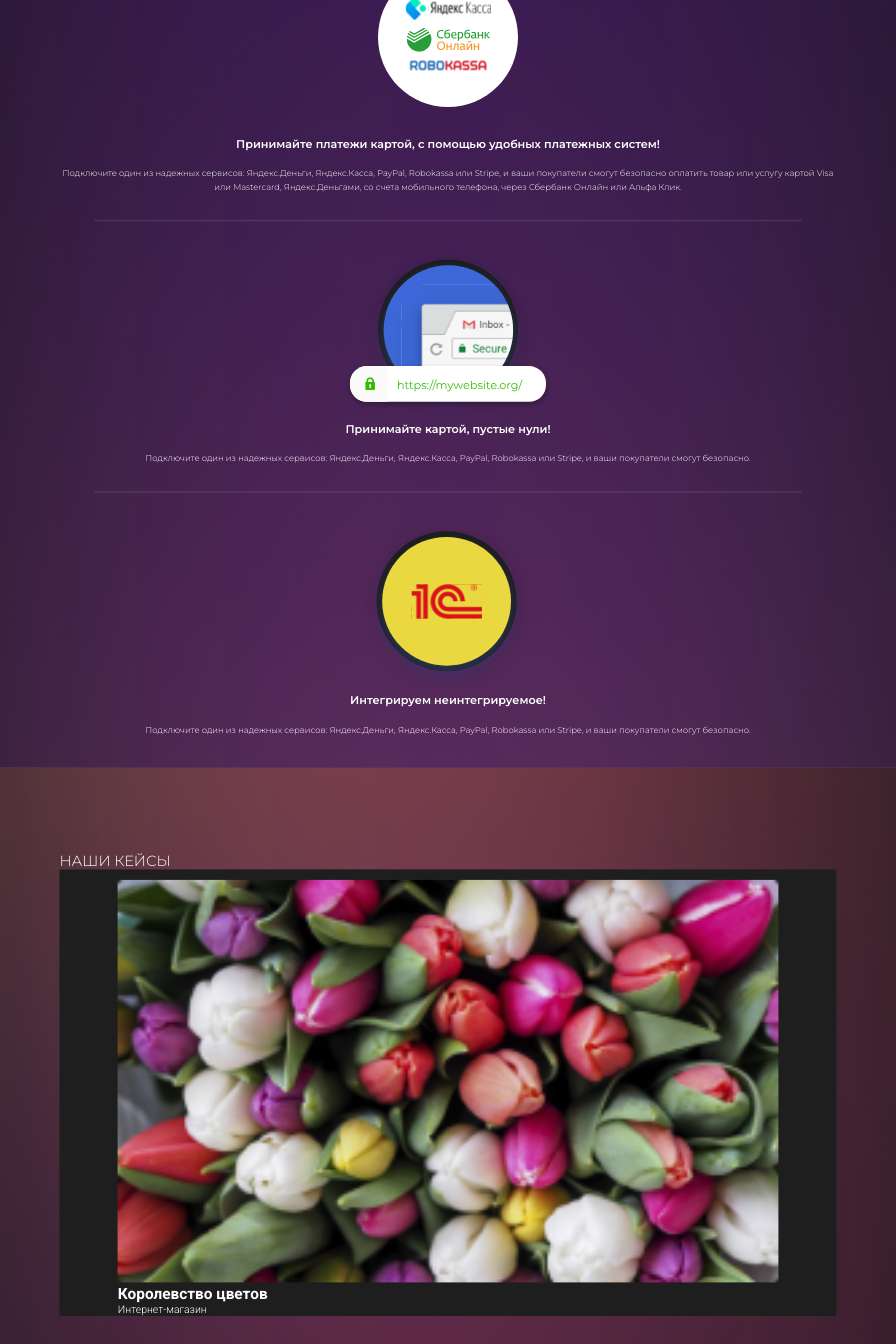
Repository: Gabi0605/my-tests
Page: web_alternative/index.html
The author's editor kept a copy of each file at every save. The page is drawn from the files as they stood at one save, then again after the next save.
The browser window is 1280 px wide. The pictures show the part of the page from y = 1760 to 3680 px (the page is 3680 px tall before and 3677 px after), at 70% of full size.
The style sheet was rebuilt from its Sass, Less or Tailwind sources for each picture, by a compiler version that may differ from the author's.

Above is the page before, as saved 2020-01-19 21:35:20.

### web_alternative/index.html
<!DOCTYPE html>
<html lang="ru">
<head>
    <meta charset="UTF-8">
    <meta name="viewport" content="width=device-width, initial-scale=1.0">
    <meta http-equiv="X-UA-Compatible" content="ie=edge">
    <title>WEB ALTERNATIVE</title>
    <link href="https://fonts.googleapis.com/css?family=Montserrat:300,400,600|Roboto:300,700&display=swap" rel="stylesheet">
    <link rel="stylesheet" href="css/bootstrap-grid.min.css">
    <link rel="stylesheet" href="css/style.css">
</head>
<body>
    <header>
        <div class="container">
            <div class="row">
                <div class="col-4">
                    <div class="logo">
                        <img src="img/svg/logo.svg" alt="">
                    </div>
                </div>
                <div class="col-2 offset-5">
                    <div class="burger">
                        <div class="rect"></div>
                        <div class="rect"></div>
                        <div class="rect"></div>
                    </div>
                </div>
            </div>
        </div>
    </header>
    <div class="call">
        <div class="container">
            <div class="e-commerce">
                <img src="img/svg/shopping-cart.svg" alt=""> E-commerce
            </div>
            <h2>
                Интернет-магазин принесет вам максимум прибыли!
            </h2>
            <div class="row">
                <div class="col-8 offset-2">
                    <img src="img/phone.png" alt="">
                </div>
            </div>
            <button>
                Заказать звонок
            </button>
            <p>Ответим на любой вопрос</p>
        </div>
    </div>
    <div class="work">
        <div class="container">
            <div class="row">
                <div class="col-10 offset-1">
                    <h2>Как мы работаем над вашим проектом</h2>
                </div>
            </div>
            <div class="items">
                <div class="item item-active">
                    <div class="row">
                        <div class="col-2 item__number">01</div>
                        <div class="col-8 item__p">
                            <p>Анализ целевой аудитории</p>
                        </div>
                        <div class="col-2 item__btn">
                            <button><img src="img/arrow-down.png" alt=""></button>
                        </div>
                    </div>
                </div>
                <div class="item">
                    <div class="row">
                        <div class="col-2 item__number">02</div>
                        <div class="col-8 item__p">
                            <p>Подготовка ТЗ</p>
                        </div>
                        <div class="col-2 item__btn">
                            <button><img src="img/arrow-down.png" alt=""></button>
                        </div>
                    </div>
                </div>
                <div class="item">
                    <div class="row">
                        <div class="col-2 item__number">03</div>
                        <div class="col-8 item__p">
                            <p>Подписание договора и оплата</p>
                        </div>
                        <div class="col-2 item__btn">
                            <button><img src="img/arrow-down.png" alt=""></button>
                        </div>
                    </div>
                </div>
                <div class="item">
                    <div class="row">
                        <div class="col-2 item__number">04</div>
                        <div class="col-8 item__p">
                            <p>Разработка сайта интернет-магазина</p>
                        </div>
                        <div class="col-2 item__btn">
                            <button><img src="img/arrow-down.png" alt=""></button>
                        </div>
                    </div>
                </div>
                <div class="item">
                    <div class="row">
                        <div class="col-2 item__number">05</div>
                        <div class="col-8 item__p">
                            <p>Настройка и наполнение интернет-магазина</p>
                        </div>
                        <div class="col-2 item__btn">
                            <button><img src="img/arrow-down.png" alt=""></button>
                        </div>
                    </div>
                </div>
                <div class="item">
                    <div class="row">
                        <div class="col-2 item__number">06</div>
                        <div class="col-8 item__p">
                            <p>Привлечение покупателей</p>
                        </div>
                        <div class="col-2 item__btn">
                            <button><img src="img/arrow-down.png" alt=""></button>
                        </div>
                    </div>
                </div>
            </div>
        </div>
    </div>
    <div class="pay">
        <div class="container">
            <div class="row">
                <div class="col-12">
                    <div class="pay__circle pay__circle">
                        <img src="img/svg/yandex.svg" alt="">
                        <img src="img/svg/sber.svg" alt="">
                        <img src="img/svg/robokassa.svg" alt="">
                    </div>
                </div>
                <div class="col-12">
                    <h2>Принимайте платежи картой,
                        с помощью удобных
                        платежных систем!</h2>
                    <p class="line">Подключите один из надежных сервисов: Яндекс.Деньги, Яндекс.Касса, PayPal, Robokassa или Stripe, и ваши покупатели смогут безопасно оплатить товар или услугу картой Visa или Mastercard, Яндекс.Деньгами, со счета мобильного телефона, через Сбербанк Онлайн или Альфа Клик.</p>
                </div>
                <div class="col-12">
                    <div class="pay__img">
                        <img src="img/svg/website.svg" alt="" class="hun">
                    </div>
                    <h2>Принимайте картой, пустые нули!</h2>
                    <p class="line">Подключите один из надежных сервисов: Яндекс.Деньги, Яндекс.Касса, PayPal, Robokassa или Stripe, и ваши покупатели смогут безопасно.</p>
                </div>
                <div class="col-12">
                    <div class="pay__img">
                        <img src="img/svg/1c.svg" alt="" class="hun">
                    </div>
                    <h2>Интегрируем неинтегрируемое!</h2>
                    <p>Подключите один из надежных сервисов: Яндекс.Деньги, Яндекс.Касса, PayPal, Robokassa или Stripe, и ваши покупатели смогут безопасно.</p>
                </div>
            </div>
        </div>
    </div>
    <div class="cases">
        <div class="container">
            <div class="row">
                <div class="col-12">
                    <h2>Наши кейсы</h2>
                    <div class="case">
                        <div class="case__img">
                            <img src="img/flower.png" alt="">
                            <h3>Королевство цветов</h3>
                            <p>Интернет-магазин</p>
                        </div>
                    </div>
                </div>
            </div>
        </div>
    </div>
</body>
</html>

### web_alternative/less/style.less
*{
    margin: 0;
    padding: 0;
    box-sizing: border-box;
}
.montserrat{
    font-family: 'Montserrat', sans-serif;
}
.roboto{
    font-family: 'Roboto', sans-serif;
}
p{
    .montserrat;
    font-size: 12px;
    line-height: 15px;
}
@background: #171718;
@gray: #202020;
@burger: #292929;
@orange: #FF834E;
@darkorange: #DE774B;
body{
    .montserrat
}
img{
    max-width: 100%;
}
button{
    background: none;
    border: none;
    cursor: pointer;
    &:focus{
        outline: none;
    }
}

header{
    background: @gray;
    padding: 13px 0;
    .burger{
        background: @burger;
        border-radius: 50%;
        box-shadow: 0 0 10px rgba(0, 0, 0, 0.5);
        min-width: 35px;
        min-height: 35px;
        display: flex;
        flex-direction: column;
        justify-content: center;
        align-items: center;
        .rect{
            min-width: 17px;
            max-width: 50%;
            height: 1px;
            background: #fff;
            margin-bottom: 2px;
        }
    }
}
.call{
    background: @background;
    background-image: url(../img/mobile-background-block-one.png);
    background-size: cover;
    padding: 29px 0 15px;
    .e-commerce{
        color: @orange;
        font-weight: 600;
        font-size: 12px;
        line-height: 15px;
    }
    h2{
        color: #fff;
        font-weight: 600;
        font-size: 21px;
        line-height: 28px;
        padding: 10px 0 24px;
    }
    button{
        background: @orange;
        color: #fff;
        font-weight: 400;
        font-size: 16px;
        line-height: 20px;
        padding: 15px;
        border: none;
        width: 100%;
        text-align: left;
        position: relative;
        &::after{
            content: "";
            position: absolute;
            top: 0;
            bottom: 0;
            right: 0;
            width: 50px;
            background: @darkorange;
            background-image: url(../img/svg/Union.svg);
            background-repeat: no-repeat;
            background-position: center;
        }
    }
    p{
        font-weight: 300;
        font-size: 12px;
        line-height: 15px;
        color: #fff;
        text-align: center;
        padding-top: 10px;
    }
}
.work{
    padding: 40px 0 30px;
    h2{
        font-size: 14px;
        line-height: 17px;
        font-weight: 300;
        text-transform: uppercase;
        text-align: center;
        padding-bottom: 30px;
    }
    .items{
        position: relative;
        &::before{
            content: '';
            background: url(../img/svg/Vector.svg);
            position: absolute;
            top: 21px;
            bottom: 15px;
            left: -12px;
            width: 6px;
        }
    }
    .item{
        border-bottom: 1px solid rgba(0, 0, 0, 0.1);
        padding: 14px 0;
        &:last-child{
            border-bottom: none;
        }
        &__number{
            font-size: 32px;
            line-height: 39px;
            font-weight: 600;
        }
        &__p{
            text-transform: uppercase;
            font-size: 12px;
            line-height: 15px;
            font-weight: 600;
            display: flex;
            align-items: center;
        }
        &__btn{
            text-align: right;
            display: flex;
            align-items: center;
        }
        &-active{
            .item__number{
                color: @orange;
            }
            .item__p{
                text-transform: capitalize;
            }
        }
    }
}
.pay{
    background-color: @background;
    background-image: url(../img/mobile-background-block-two.png);
    background-position: center;
    background-repeat: no-repeat;
    background-size: cover;
    padding: 45px 0 5px;
    color: #fff;
    &__circle{
        width: 200px;
        height: 200px;
        background: #fff;
        border-radius: 50%;
        margin: 30px auto 40px;
        display: flex;
        flex-direction: column;
        align-items: center;
        justify-content: center;
        img{
            padding-bottom: 10px;
        }
    }
    &__img{
        text-align: center;
        padding-top: 40px;
    }
    h2{
        font-size: 16px;
        line-height: 25px;
        font-weight: 600;
        text-align: center;
    }
    p{
        font-size: 12px;
        line-height: 19px;
        font-weight: 300;
        text-align: center;
        padding: 20px 0 40px;
    }
    .line{
        position: relative;
        &::after{
            content: '';
            position: absolute;
            background: rgba(255, 255, 255, 0.1);
            height: 2px;
            bottom: 0;
            left: 50px;
            right: 50px;
        }
    }
}
.cases{
    background-color: @background;
    background-image: url(../img/mobile-background-block-three.png);
    background-position: center;
    background-repeat: no-repeat;
    background-size: cover;
    padding: 120px 0 40px;
    color: #fff;
    h2{
        text-transform: uppercase;
        font-size: 21px;
        line-height: 25px;
        font-weight: 300;
    }
    .case{
        background: #1E1E1F;
        &__img{
            width: 85%;
            margin: 0 auto;
            padding-top: 15px;
            img{
                width: 100%;
            }
        }
        h3{
            .roboto;
            font-size: 22px;
            line-height: 26px;
            font-weight: 700;
        }
        p{
            .roboto;
            font-size: 15px;
            line-height: 18px;
            font-weight: 300;
        }
    }
}

Loaded but not shown: web_alternative/css/bootstrap-grid.min.css (library)

After the next save:
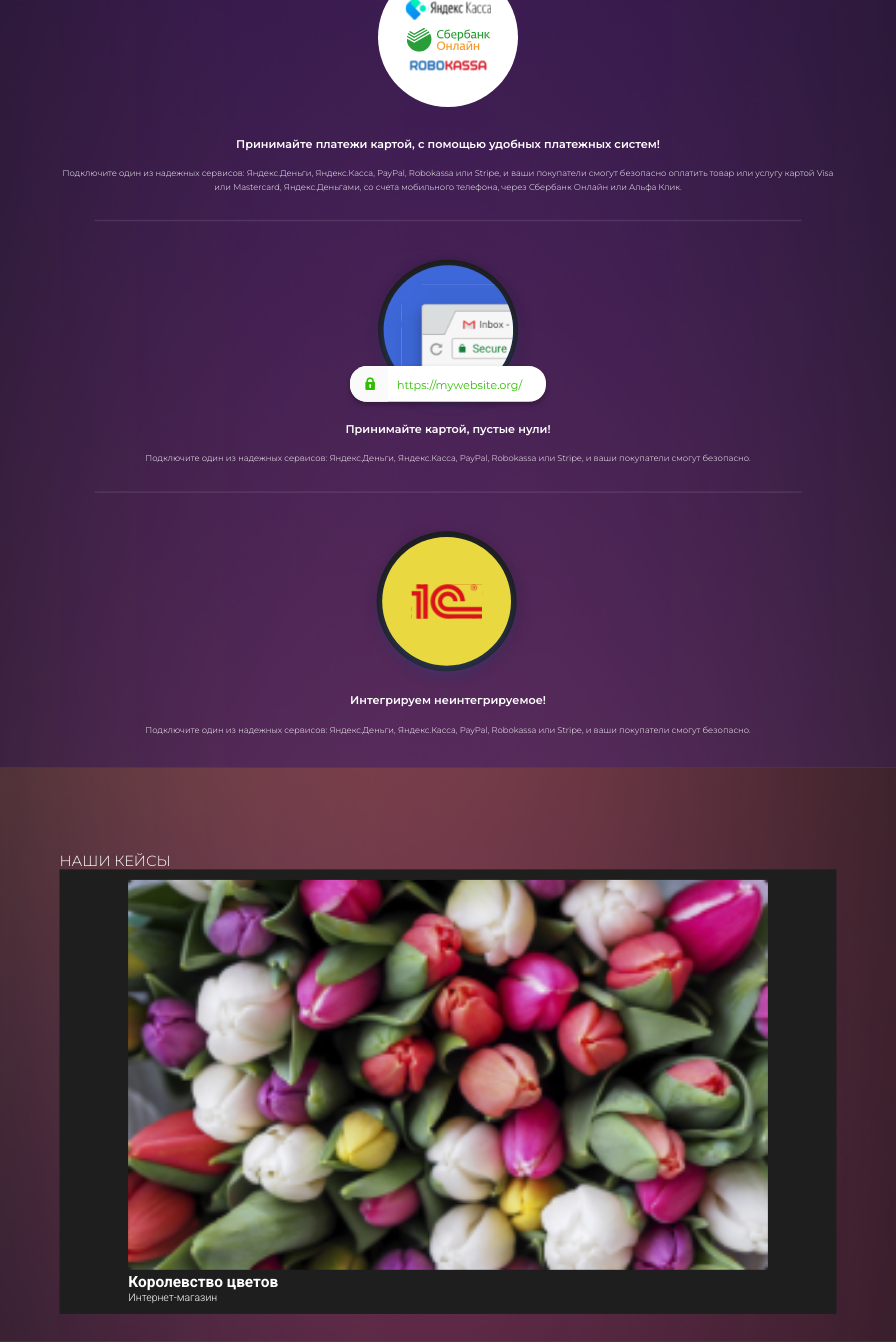
Saved 10 s later.
--- a/web_alternative/less/style.less
+++ b/web_alternative/less/style.less
@@ -234,7 +234,7 @@
         &__img{
             width: 85%;
             margin: 0 auto;
-            padding-top: 15px;
+            padding: 15px;
             img{
                 width: 100%;
             }
